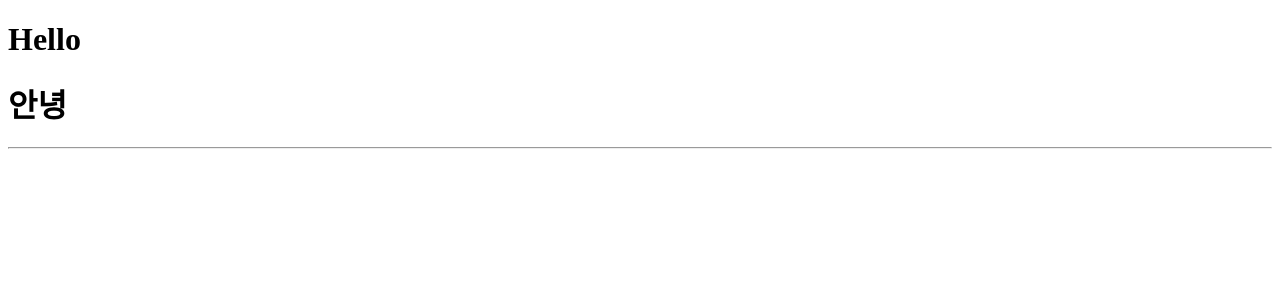
Repository: dhfkdlxm/Lecture-Web
Page: Lecture-Web/WebContent/jquery/prac/exam01.html
An editor plug-in stored every save of this project. The page is shown before and after the next save, followed by the edit.
The browser window is 1280 px wide. The pictures show the whole page.

Above is the page before, as saved 2021-06-17 00:13:28.

After the next save:
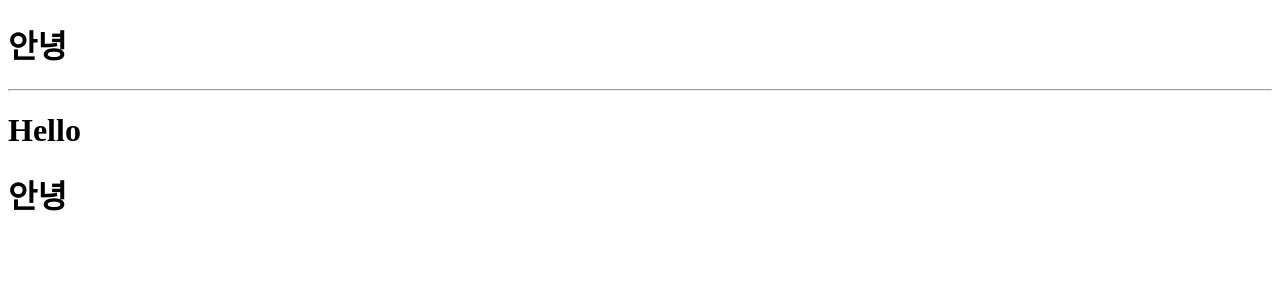
Saved 7 s later.
--- a/Lecture-Web/WebContent/jquery/prac/exam01.html
+++ b/Lecture-Web/WebContent/jquery/prac/exam01.html
@@ -10,7 +10,7 @@
 <script type="text/javascript">
 	$(document).ready(function() {
 		alert('!!!')
-		$('.h01').hide()
+		$('#h01').hide()
 	})
 </script>
 
